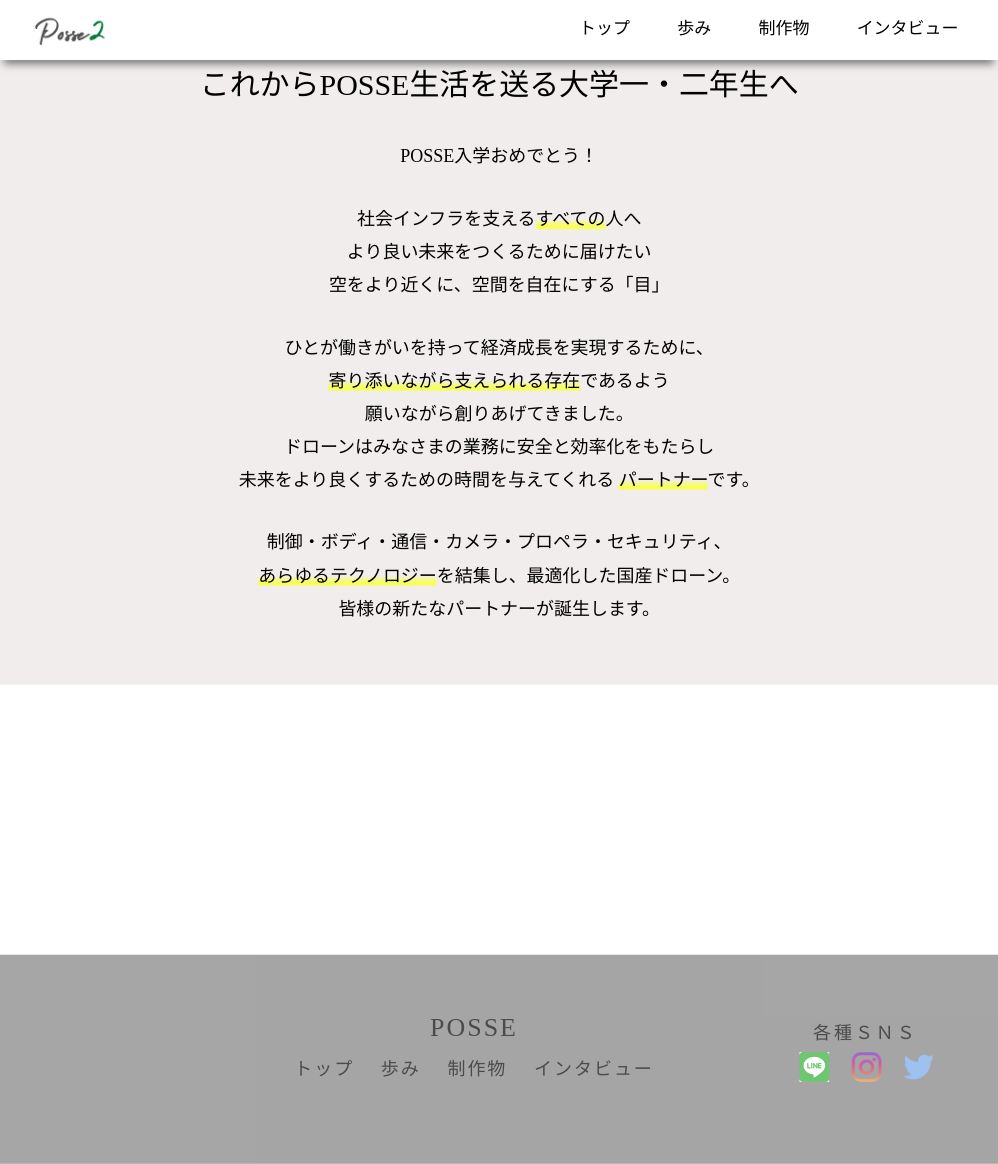
Repository: posse-ap/posse2-hackathon-202202-team2A
Page: topPage/index.html
An editor plug-in stored every save of this project. The page is shown before and after a run of saves, followed by the edit.
The browser window is 1280 px wide. The pictures show the whole page, at 78% of full size.

Above is the page before, as saved 2022-02-15 03:11:14.

After the next 4 saves:
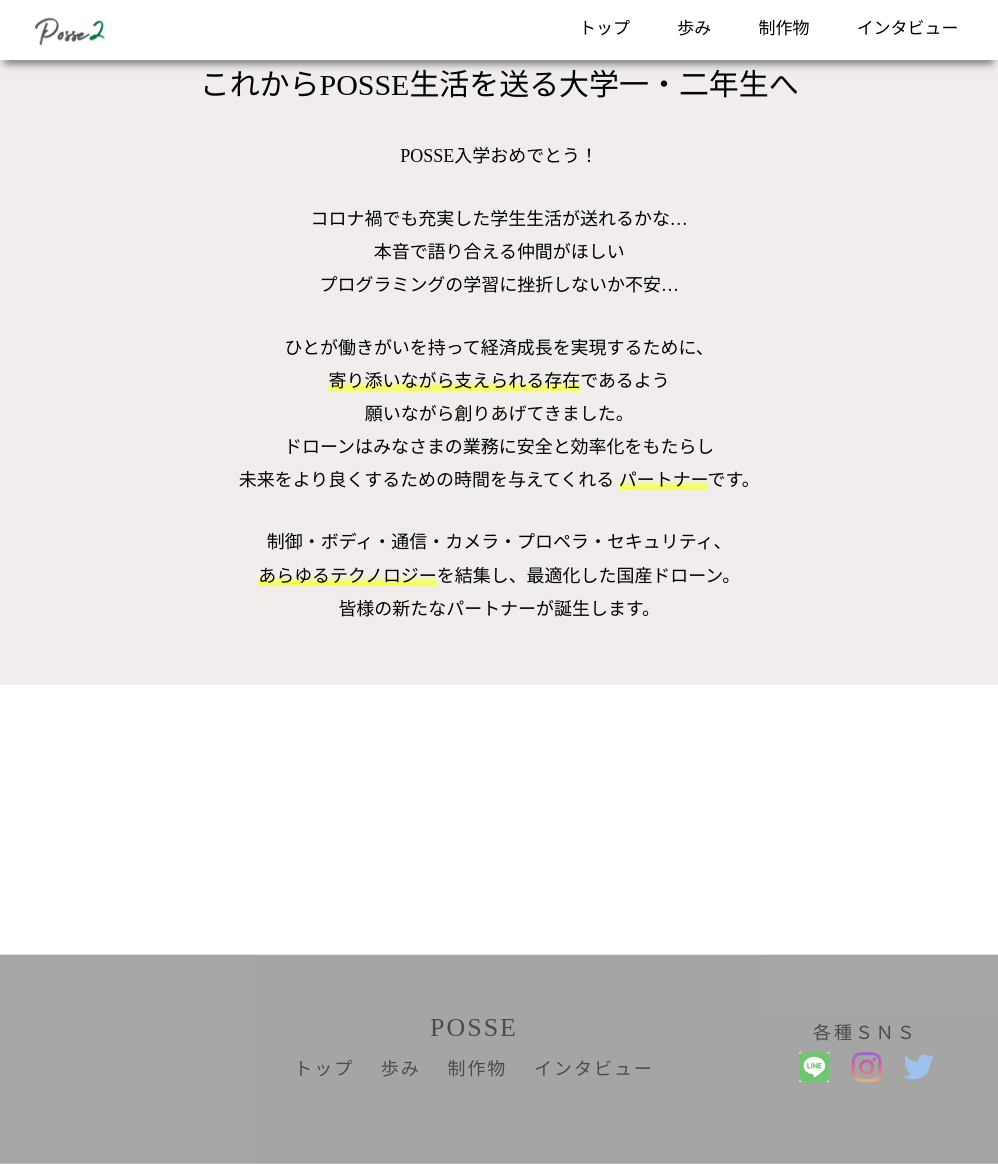
The 4 saves are shown as one change because they came seconds apart.
The last was saved 35 s later.
--- a/topPage/index.html
+++ b/topPage/index.html
@@ -65,9 +65,10 @@
         <div>
             <h2>これからPOSSE生活を送る大学一・二年生へ</h2>
         <p>POSSE入学おめでとう！</p>
-        <p>社会インフラを支える<span class="highlight">すべての</span>人へ<br>
-            より良い未来をつくるために届けたい<br>
-            空をより近くに、空間を自在にする「目」</p>
+        <p>コロナ禍でも充実した学生生活が送れるかな…<br>
+            本音で語り合える仲間がほしい<br>
+            プログラミングの学習に挫折しないか不安…<br>
+            </p>
         <p>ひとが働きがいを持って経済成長を実現するために、<br>
             <span class="highlight">寄り添いながら支えられる存在</span>であるよう<br>
             願いながら創りあげてきました。<br>
